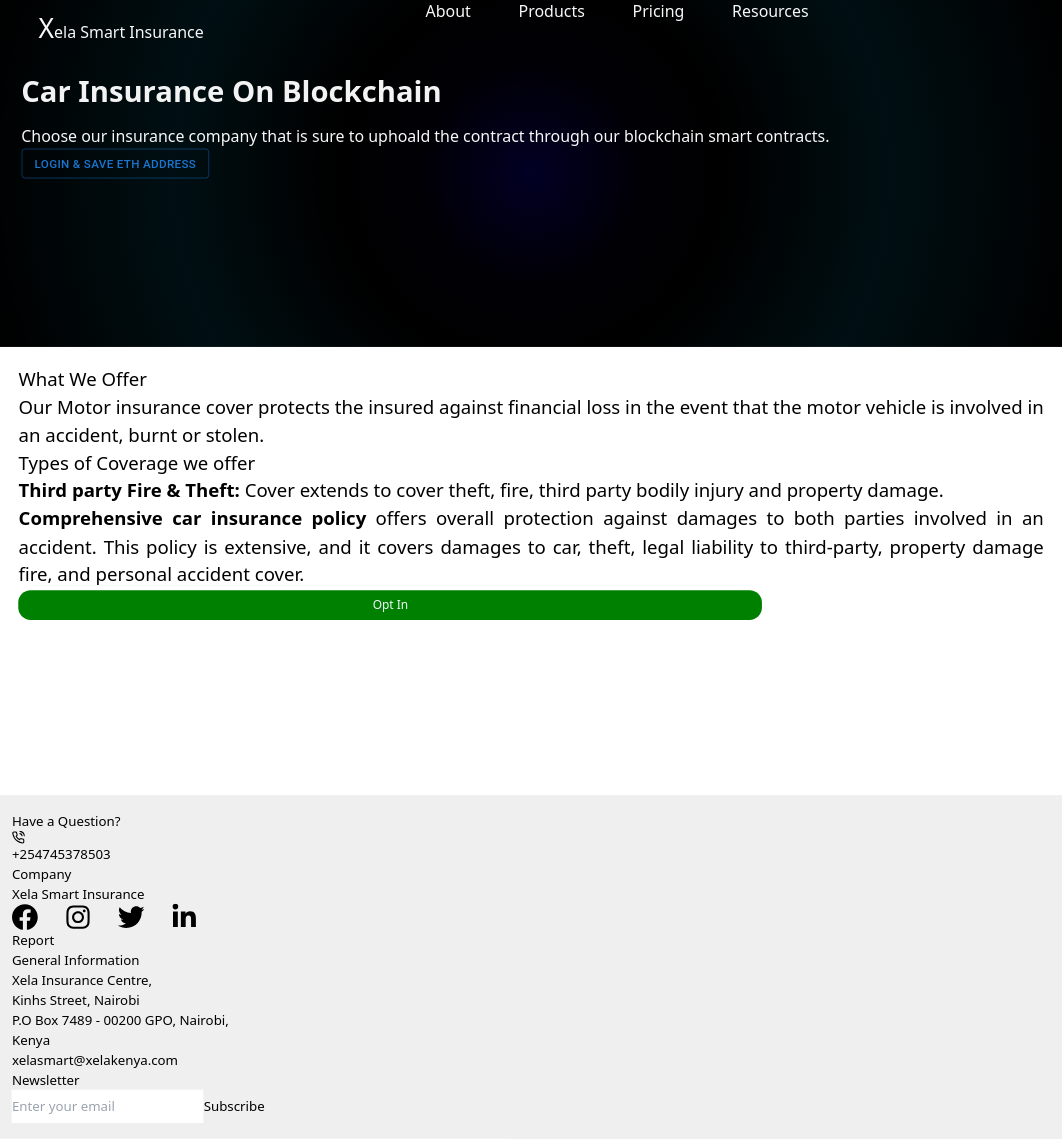
Repository: ALVIN-OBONYO/Xela-smart_insuarance
Page: / (app in frontend/)
An editor plug-in stored every save of this project. The page is shown before and after the next save, followed by the edit.
The browser window is 1280 px wide. The pictures show the whole page, at 83% of full size.
The project was rebuilt for these pictures with package versions that can differ from the ones it lists, and the page was loaded fresh each time. Also part of the build but not shown: frontend/src/Components/Cards.jsx, frontend/src/Pages/Policies.jsx, frontend/src/Components/Calendar.css, frontend/src/Components/Calendar.jsx, frontend/src/Components/Input.js, frontend/src/Components/Upload.css, frontend/src/Components/Upload.js, frontend/src/Pages/ReportForm.jsx and 3 more.

Above is the page before, as saved 2022-10-03 10:59:22.

After the next save:
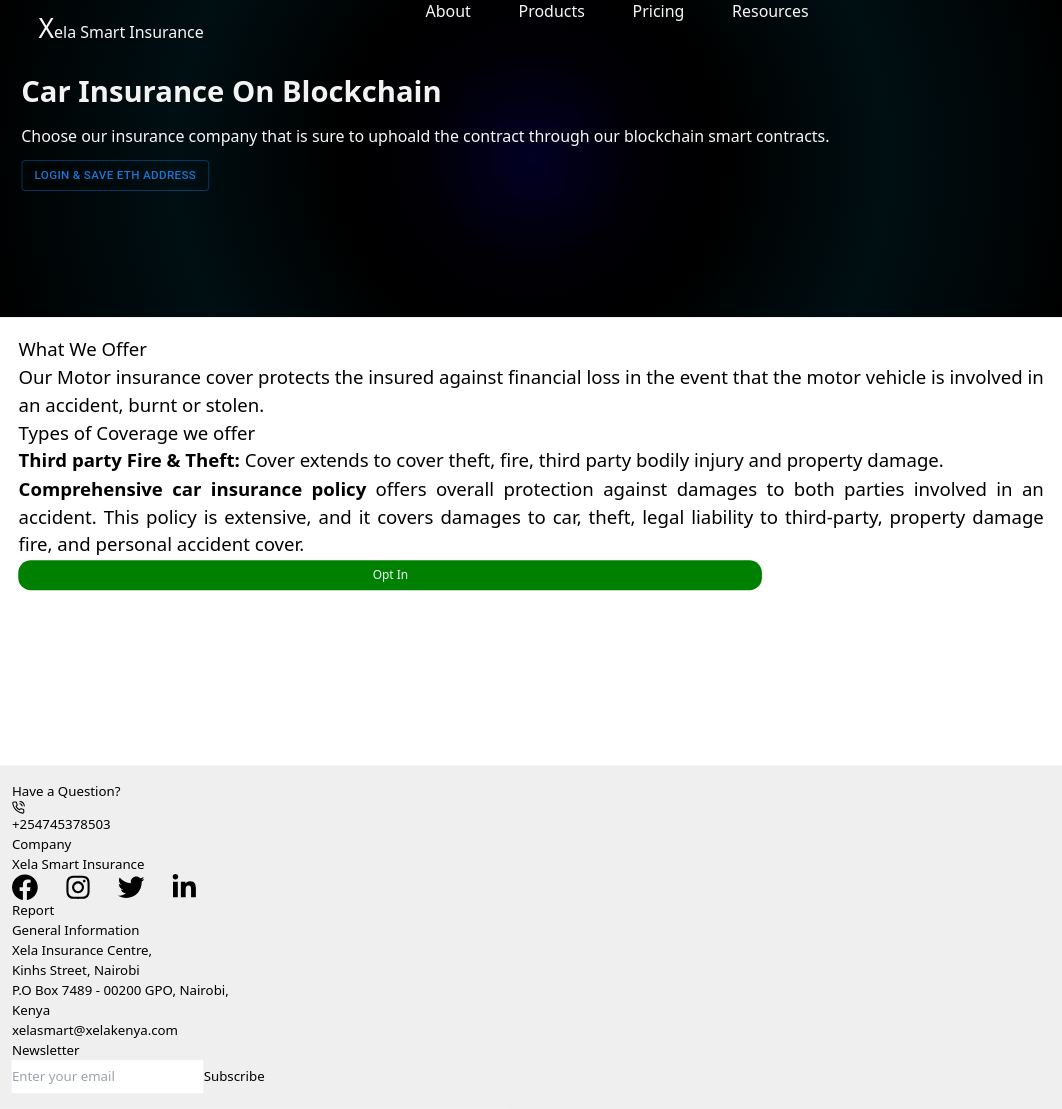
Saved 26 min 15 s later.
--- a/frontend/src/Components/Navbar.css
+++ b/frontend/src/Components/Navbar.css
@@ -31,7 +31,7 @@ nav {
     padding: 1em;
     text-align: justify;
     font-size: 1.6rem;
-    height: 50vh;
+    height: 45vh;
 
 }
 
@@ -45,6 +45,7 @@ nav {
     font-weight: 700;
     color: rgba(255, 255, 255, 0.952);
     margin-bottom: 0.4em;
+
 }
 header {
     background: rgb(2,0,36);
@@ -56,6 +57,7 @@ background: radial-gradient(circle, rgba(2,0,36,1) 0%, rgba(1,0,5,1) 20%, rgba(0
 #top-pg {
 
     font-size: 1.2rem;
+    margin-bottom: 0.9rem;
 }
 #policy-sec {
     display: flex;
